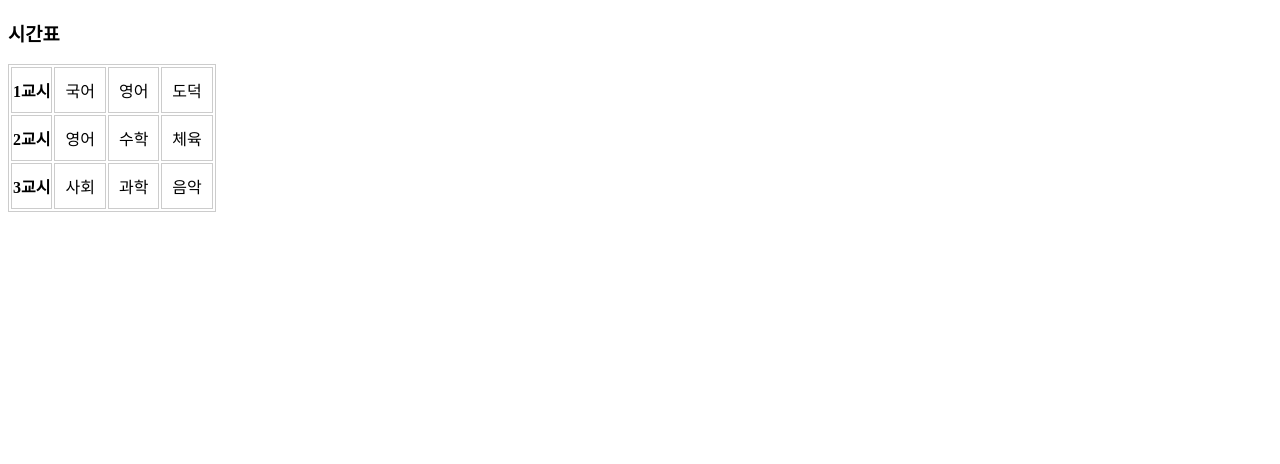
Repository: b1996om/HTML-CSS_study
Page: Practice/public/prac_00.html
These files come from the project's save history. The page is drawn as it stood at one moment and after the next save; the edit follows.
The browser window is 1280 px wide. The pictures show the whole page.

Above is the page before, as saved 2022-12-08 08:29:17.

### Practice/public/prac_00.html
<!DOCTYPE html>
<html lang="ko">
<head>
	<meta charset="utf-8">
	<title>표 만들기</title>
	<style>
		table, th, td {
			border:1px solid #ccc;
		}
		td {
			padding:10px;
		}
	</style>
</head>
<body>
	<h3>시간표</h3>
	<table>
		<tr>
			<th>1교시</th>
			<td>국어</td>
			<td>영어</td>
			<td>도덕</td>
		</tr>
		<tr>
			<th>2교시</th>
			<td>영어</td>
			<td>수학</td>
			<td>체육</td>
		</tr>
		<tr>
			<th>3교시</th>
			<td>사회</td>
			<td>과학</td>
			<td>음악</td>
		</tr>
	</table>
</body>
</html>

After the next save:
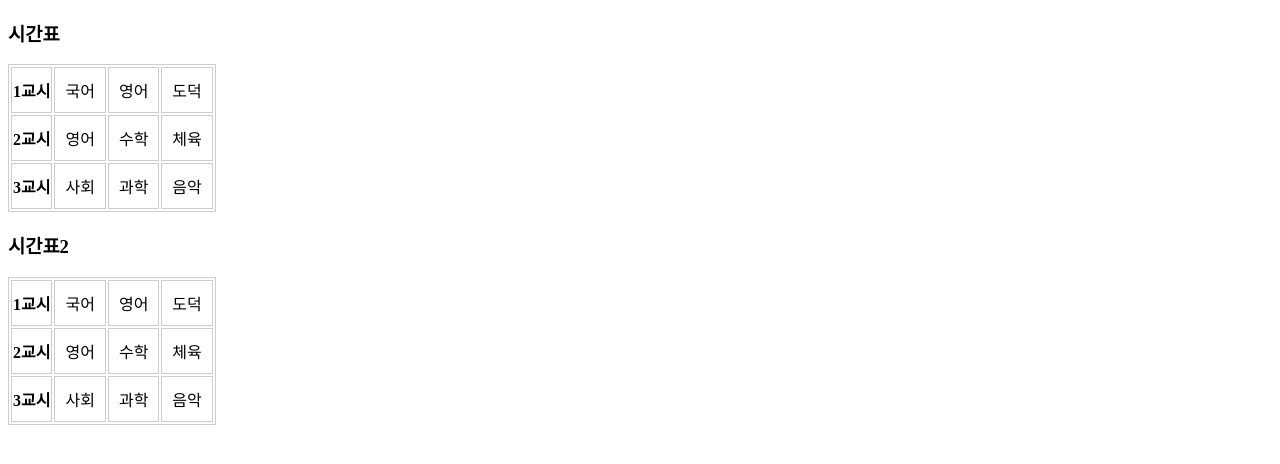
Saved 27 s later.
--- a/Practice/public/prac_00.html
+++ b/Practice/public/prac_00.html
@@ -34,5 +34,27 @@
 			<td>음악</td>
 		</tr>
 	</table>
+
+	<h3>시간표2</h3>
+	<table>
+		<tr>
+			<th>1교시</th>
+			<td>국어</td>
+			<td>영어</td>
+			<td>도덕</td>
+		</tr>
+		<tr>
+			<th>2교시</th>
+			<td>영어</td>
+			<td>수학</td>
+			<td>체육</td>
+		</tr>
+		<tr>
+			<th>3교시</th>
+			<td>사회</td>
+			<td>과학</td>
+			<td>음악</td>
+		</tr>
+	</table>
 </body>
 </html>
